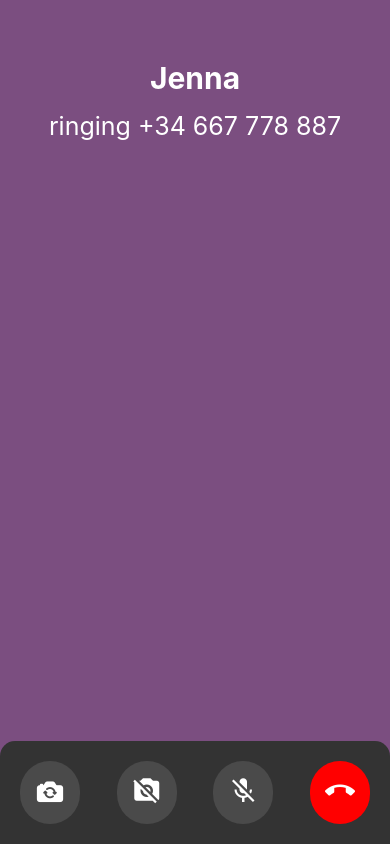
Repository: JennaFi/VideoCallApp
Screen: /
These files come from the project's save history. The screen is drawn as it stood at one moment and after the next save; the edit follows.
The app was drawn by React Native's web renderer in a window 390 px wide. The project was rebuilt for these pictures with package versions that can differ from the ones it lists, and the page was loaded fresh each time.

Above is the screen before, as saved 2022-01-12 00:25:05.

### App.js
/**
 * Sample React Native App
 * https://github.com/facebook/react-native
 *
 * @format
 * @flow strict-local
 */


import React from 'react';
import { StatusBar } from 'react-native';
import CallingScreen from './src/screens/CallingScreen/index';




const App = () => {


  return (
    < >
      <StatusBar barStyle={'dark-content'} />

      {/* <ContactsScreen /> */}
      <CallingScreen />

    </>
  )
}



export default App

### src/screens/CallingScreen/index.js
import React from 'react'
import { StyleSheet, Text, View } from 'react-native'
import Ionicons from 'react-native-vector-icons/Ionicons'
import MaterialIcons from 'react-native-vector-icons/MaterialCommunityIcons'

const CallingScreen = () => {
  return (
    <View style={styles.page}>
      <View style={styles.cameraPreview}>
        <Text style={styles.name}>Jenna</Text>
        <Text style={styles.phoneNumber}>ringing +34 667 778 887</Text>
      </View>
      <View style={styles.buttonsContainer}>
        <View style={styles.iconButton}>
          <Ionicons name='ios-camera-reverse' size={30} color={'white'} />
        </View>

        <View style={styles.iconButton}>
          <MaterialIcons name='camera-off' size={30} color={'white'} />
        </View>

        <View style={styles.iconButton}>
          <MaterialIcons name='microphone-off' size={30} color={'white'} />
        </View>

        <View style={[styles.iconButton, {backgroundColor: 'red'}]}>
          <MaterialIcons name='phone-hangup' size={30} color={'white'} />
        </View>

      </View>


    </View>)
}



const styles = StyleSheet.create({
  page: {
    height: '100%',
    backgroundColor: '#7b4e80',

  },
  cameraPreview: {

    flex: 1,
    alignItems: 'center',
    paddingTop: 10,
    paddingHorizontal: 10


  },
  name: {
    fontSize: 30,
    fontWeight: 'bold',
    color: 'white',
    marginTop: 50,
    marginBottom: 15


  },
  phoneNumber: {
    fontSize: 25,
    color: 'white'

  },
  buttonsContainer: {
    flexDirection: 'row',
    backgroundColor: '#333333',
    padding: 20,
    borderTopLeftRadius: 15,
    borderTopRightRadius: 15,
    justifyContent: 'space-between'


  },
  iconButton: {
    backgroundColor: '#4a4a4a',
    padding: 15,
    borderRadius: 50
  }
})

export default CallingScreen

After the next save:
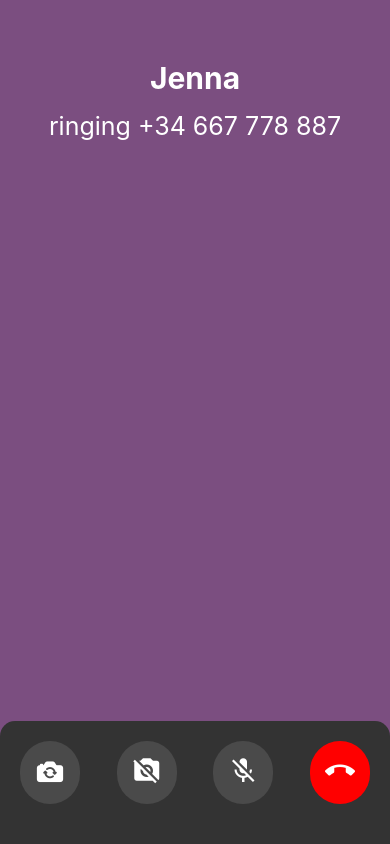
Saved 56 s later.
--- a/src/screens/CallingScreen/index.js
+++ b/src/screens/CallingScreen/index.js
@@ -68,6 +68,7 @@ const styles = StyleSheet.create({
     flexDirection: 'row',
     backgroundColor: '#333333',
     padding: 20,
+    paddingBottom: 40,
     borderTopLeftRadius: 15,
     borderTopRightRadius: 15,
     justifyContent: 'space-between'
